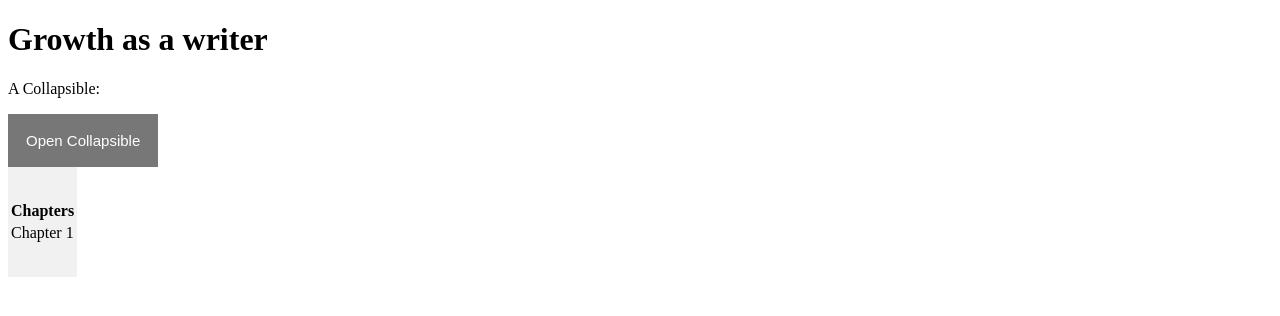
Repository: jpaisiem/WP-4
Page: index.html
The author's editor kept a copy of each file at every save. The page is drawn from the files as they stood at one save, then again after the next save.
The browser window is 1280 px wide. The pictures show the whole page.

Above is the page before, as saved 2025-04-29 12:13:20.

After the next save:
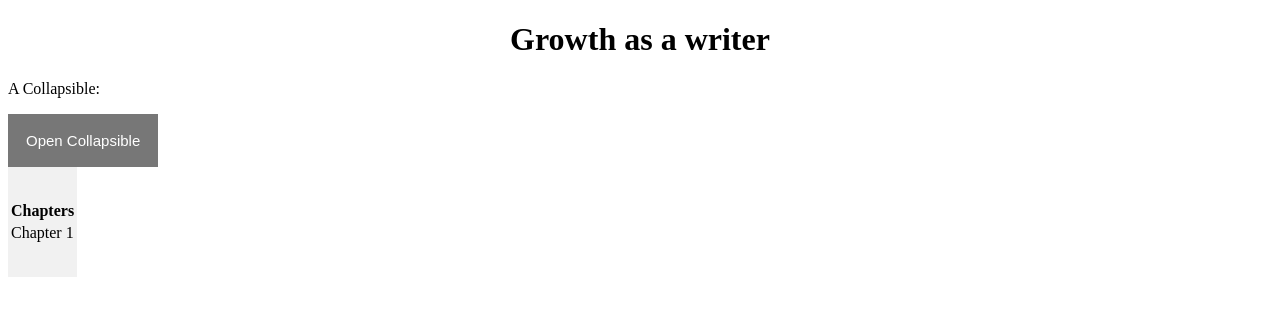
Saved 9 s later.
--- a/index.html
+++ b/index.html
@@ -31,7 +31,7 @@
 </head>
 <body>
 
-<h1 style=>Growth as a writer</h1>
+<h1 style="text-align: center;">Growth as a writer</h1>
 
 <p>A Collapsible:</p>
 <button type="button" class="collapsible">Open Collapsible</button>
